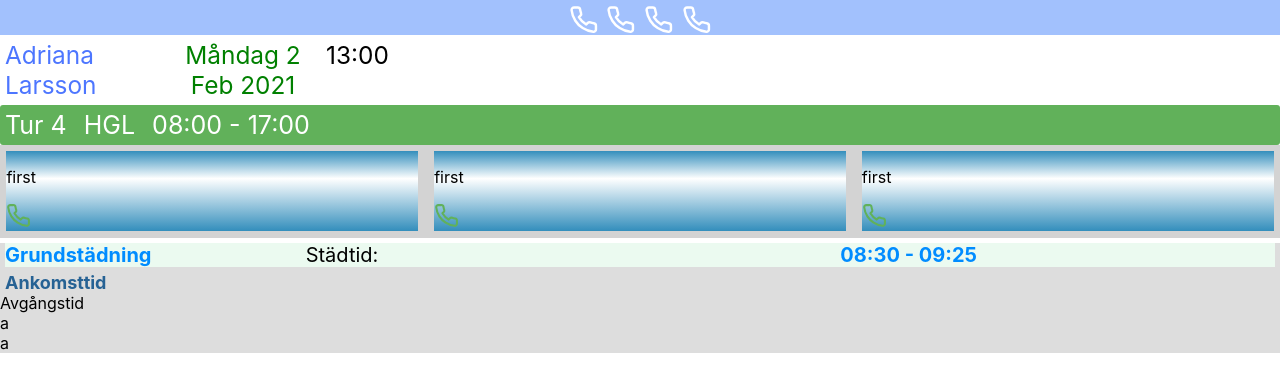
Repository: AdrianaLarsson/learning-react-adriana
Page: /
An editor plug-in stored every save of this project. The page is shown before and after the next save, followed by the edit.
The browser window is 1280 px wide. The pictures show the whole page.
The project was rebuilt for these pictures with package versions that can differ from the ones it lists, and the page was loaded fresh each time. Also part of the build but not shown: src/components/pixiLearn/pixi-learning.js, src/components/pixiLearn/reactTimline/timelinegant.js.

Above is the page before, as saved 2021-02-18 09:55:49.

### src/App.js
import './App.css';
import PixiLearning from './components/pixiLearn/pixi-learning'
import TimeLineGant from './components/pixiLearn/reactTimline/timelinegant'
import SjWaypoint from './components/pixiLearn/waypoint-mobile/sjwaypiont'

function App() {
  return (
    <div className="App">
      <header className="App-header">
       {/*  <TimeLineGant/> */}

           {/*   <PixiLearning/> */}
           <SjWaypoint/>
      </header>
    </div>
  );
}

export default App;

### src/App.css


.navbar {
  background-color: #a2c1fd;
  height: 30px;
  padding-top: 5px;
  display: flex;
  flex-direction: column;
  align-items: center;
  font-size: calc(15px + 2vmin);
  color: white;
}
.box{
  background-color: #ffffff;
  height: 30px;
  padding-top: 5px;
  display: flex;
  flex-direction: column;
  align-items: center;
  font-size: calc(10px + 2vmin);
  color: rgb(0, 0, 0);
  display: inline;
  flex-direction: row;
}
.name{
  margin: 5px;
  text-align: start;
  display: inline-flex;
  color: rgb(77, 118, 255);
  width: 150px;
}
.date{
  padding: 3px;
  text-align: center;
  display: inline-flex;
  color: green;
  width: 160px;
}
.time{
  text-align: end;
  display: inline-flex;
  color: black;
  width: 85px;
}
.nameonteam{
  display: inline;
  margin: 5px;
}

.teamname{
background-color: #61b15a;
color: white;
font-size: 25px;
border-radius: 3px;
}
.workposition{
  display: inline-flex;
  text-align: center;
  margin: 5px;

}
.timeteam{
  display: inline;
  margin: 5px;
  text-align: end;
}

.phone{
color: #61b15a;
  font-size: 25px;
}

.traininfo{
  background-color: rgb(221, 221, 221);
}
.activity{
  display: flex;
  border-width: 10ch;
  border-color: #61b15a;
  font-size: 20px;
  margin: 5px;
  color: rgb(0, 140, 255);
  background-color: rgb(235, 250, 240);

}

.activityname{
  text-align: start;
  font-weight: bold;
}
.cleantime{
  display: inline-block;
  width: 30%;
  text-align: center;
  color: black;
}
.cleantimestartend{
  display: inline-block;
  width: 35%;
  text-align: end;
  color: rgb(0, 140, 255);
  font-weight: bold;
}
.arrivaltimetitle{
  display: inline-block;
  width: 48%;
  margin-left: 5px;
  text-align: start;
  color: rgb(38, 98, 148);
  font-weight: bold;
  font-size: 18px;

}
.departuretime{
  display: inline-block;
  width: 48%;
  text-align: end;
  color: rgb(38, 98, 148);
  font-weight: bold;
  font-size: 18px;

}

/* .App {
  text-align: center;
}

.App-logo {
  height: 40vmin;
  pointer-events: none;
}

@media (prefers-reduced-motion: no-preference) {
  .App-logo {
    animation: App-logo-spin infinite 20s linear;
  }
}

.App-header {
  background-color: #282c34;
  min-height: 100vh;
  display: flex;
  flex-direction: column;
  align-items: center;
  justify-content: center;
  font-size: calc(10px + 2vmin);
  color: white;
}

.App-link {
  color: #61dafb;
}

@keyframes App-logo-spin {
  from {
    transform: rotate(0deg);
  }
  to {
    transform: rotate(360deg);
  }
}
 */

### src/components/pixiLearn/waypoint-mobile/sjwaypiont.js
import React from 'react'
import Navbaren from './navbaren'
import BoxNameDayTime from './box-name-day-time'
import TeamName from './teamname'
import Perosnal from './perosnal'
import Traininfo from './trainsinfo'

function sjwaypiont() {
    return (
        <div>
          <Navbaren/>
            <BoxNameDayTime/>
            <TeamName/>
            <Perosnal/>
            <Traininfo/>
        </div>
    )
}

export default sjwaypiont

### src/components/pixiLearn/waypoint-mobile/navbaren.js
import React from 'react'
import { FiPhone } from "react-icons/fi";


function navbaren() {
    return (
      <div className="navbar">
          <div className="navbar-container container">
           <FiPhone /> <FiPhone /> <FiPhone /> <FiPhone />
          </div>

      </div>
    )
}

export default navbaren

### src/components/pixiLearn/waypoint-mobile/box-name-day-time.js
import React from 'react'
import Container from "react-bootstrap/Container";
import Row from "react-bootstrap/Row";
import Col from "react-bootstrap/Col"

function boxNameDayTime() {
    return (
<Container className="box">
  <Row>
    <Col className="name">Adriana Larsson </Col>
    <Col className="date"> Måndag 2 Feb 2021</Col>
    <Col className="time"> 13:00 </Col>
  </Row>
</Container>

    )
}

export default boxNameDayTime;

### src/components/pixiLearn/waypoint-mobile/teamname.js
import React from 'react'
import styled from 'styled-components';
import Container from "react-bootstrap/Container";
import Row from "react-bootstrap/Row";
import Col from "react-bootstrap/Col"


function teamName() {

const Box = styled.div`
background: #61b15a;
borderRadius: 20px;
height: 55px;
width:500px;
color: white;
font-size: 20px;
display: inline-flex;
text-align: center;
margin-right: 100px;
`
    return (
        <Container className="teamname">
        <Row>
          <Col className="nameonteam">Tur 4 </Col>
          <Col className="workposition"> HGL</Col>
          <Col className="timeteam"> 08:00 - 17:00 </Col>
        </Row>
      </Container>
    )
}

export default teamName

### src/components/pixiLearn/waypoint-mobile/perosnal.js
import React from 'react'
import styled from 'styled-components';
import { FiPhone } from "react-icons/fi";


function perosnal() {
    const EqualDivider = styled.div`
  display: flex;
  padding: 0.4rem;
  height: 80px;
  background: lightgrey;
  ${props => props.vertical && "flex-direction: column;"}

  > * {
    flex: 1;
     font-style:bold;
    &:not(:first-child) {
      ${props => props.vertical ? "margin-top" : "margin-left"}: 1rem;
    }
  }
`;

const Child = styled.div`

background: linear-gradient(#338EBC 0%, #ffffff 34.48%, #338EBC 100%);
`;

    return (
        <div>
        <EqualDivider>
          <Child><p>first</p>
          <FiPhone className="phone" />
          </Child>
          <Child><p>first</p>
          <FiPhone className="phone" />
          </Child>
          <Child><p>first</p>
          <FiPhone className="phone" />
          </Child>
        </EqualDivider>

        </div>
    )
}

export default perosnal;

### src/components/pixiLearn/waypoint-mobile/trainsinfo.js
import React from 'react'
import Container from "react-bootstrap/Container";
import Row from "react-bootstrap/Row";
import Col from "react-bootstrap/Col"



function trainsinfo() {
    return (

<Container className="traininfo">
  <Row className="activity">
    <Col className="activityname">Grundstädning </Col>
    <Col className="cleantime"> Städtid:</Col>
    <Col className="cleantimestartend"> 08:30 - 09:25</Col>
  </Row>
  <Row className="traininfodeparr">
      <Col className="arrivaltimetitle">Ankomsttid </Col>
      <Col className="departuretimetitle">Avgångstid </Col>
      <Col className="">a </Col>
      <Col className="">a </Col>
  </Row>
</Container>

    )
}

export default trainsinfo

Loaded but not shown: public/index.html (common file); src/index.js (common file); src/index.css (common file); src/reportWebVitals.js (common file)

After the next save:
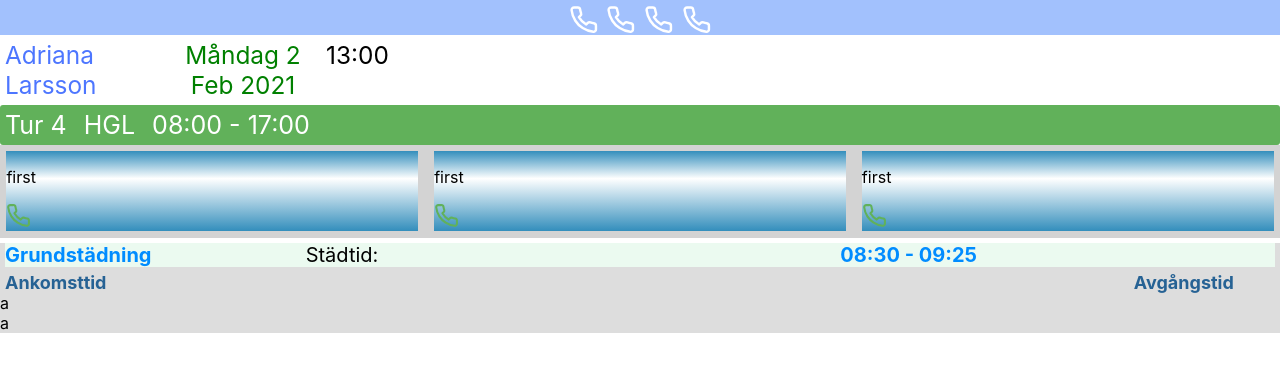
Saved 11 s later.
--- a/src/App.css
+++ b/src/App.css
@@ -111,7 +111,7 @@ color: #61b15a;
   font-size: 18px;
 
 }
-.departuretime{
+.departuretimetitle{
   display: inline-block;
   width: 48%;
   text-align: end;
